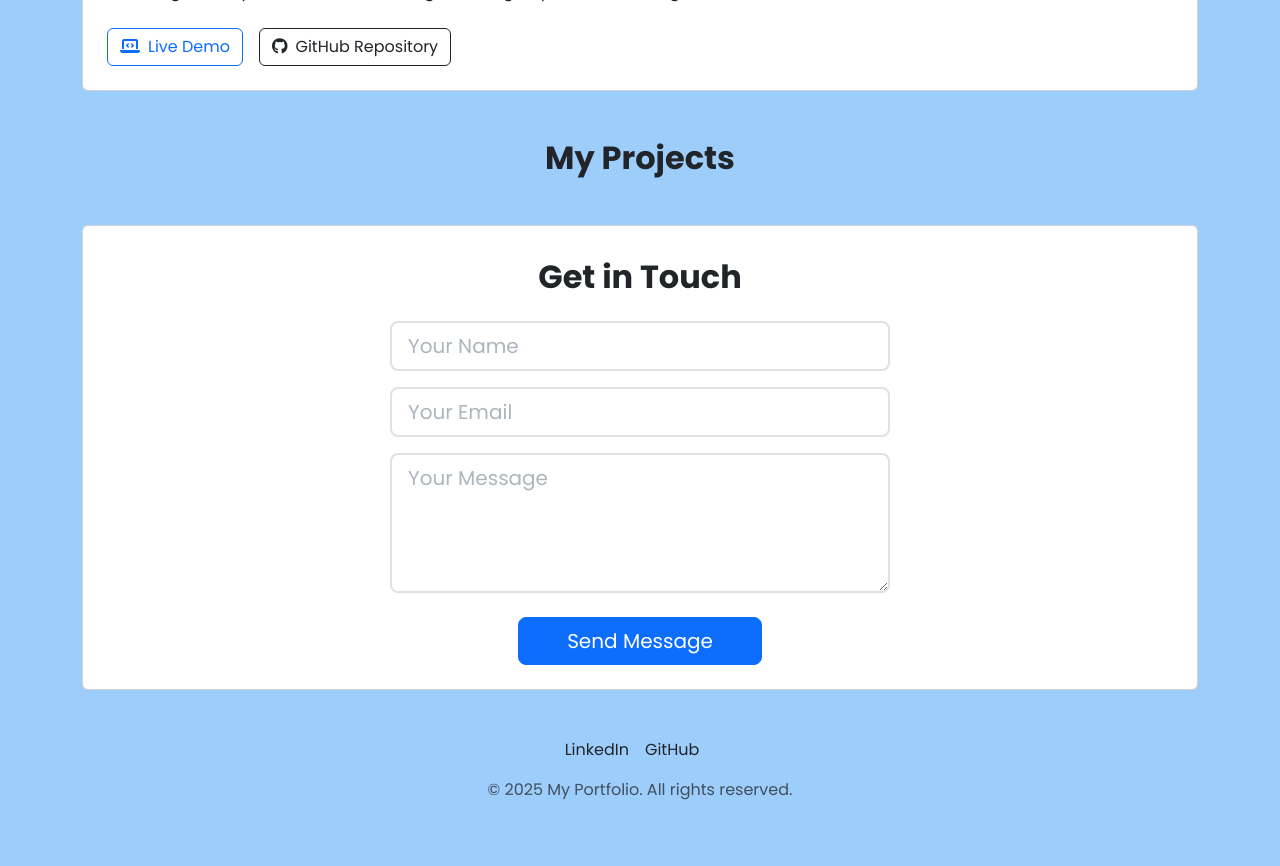
Repository: AdityaTech-Pro/Portfolio-Aditya-Verma
Page: Aditya Portfolio/index.html
The author's editor kept a copy of each file at every save. The page is drawn from the files as they stood at one save, then again after a run of saves.
The browser window is 1280 px wide. The pictures show the part of the page from y = 4182 to 5134 px (the page is 5048 px tall before and 5458 px after).

Above is the page before, as saved 2026-01-08 00:16:45.

### Aditya Portfolio/index.html
<!DOCTYPE html>
<html lang="en">

<head>
    <meta charset="UTF-8">
    <meta name="viewport" content="width=device-width, initial-scale=1.0">
    <title>My Portfolio - Bootstrap Utilities</title>
    <!-- Bootstrap CSS -->
    <link href="https://cdn.jsdelivr.net/npm/bootstrap@5.3.2/dist/css/bootstrap.min.css" rel="stylesheet">
    <!-- Font Awesome for icons -->
    <link rel="stylesheet" href="https://cdnjs.cloudflare.com/ajax/libs/font-awesome/6.4.2/css/all.min.css">
    <!-- Google Font: Poppins -->
    <link href="https://fonts.googleapis.com/css2?family=Poppins:wght@300;400;600;700&display=swap" rel="stylesheet">
    <!-- Local custom styles -->
    <link rel="stylesheet" href="styles.css">
    <style>
        /* Custom styles to complement Bootstrap */

         :root {
            --bg: #9dcdfa;
            --card-bg: #ffffff;
            --accent: #0d6efd;
            --text: #212529;
        }

        body {
            background-color: var(--bg);
            color: var(--text);
            transition: background-color 0.3s ease, color 0.3s ease;
        }

        .profile-section {
            background: linear-gradient(to bottom, #f8f9fa, #e9ecef);
            transition: transform 0.3s ease, background 0.3s ease;
        }
        /* Top bar with theme toggle */

        .topbar {
            display: flex;
            justify-content: flex-end;
            align-items: center;
            gap: 1rem;
            margin-bottom: 1rem;
        }

        .theme-toggle {
            display: inline-flex;
            align-items: center;
            gap: 0.5rem;
            background: transparent;
            border: 1px solid rgba(0, 0, 0, 0.08);
            padding: 0.6rem 1rem;
            border-radius: 999px;
            cursor: pointer;
            color: var(--text);
            transition: all 0.3s ease;
        }

        .theme-toggle:hover {
            background: rgba(0, 0, 0, 0.05);
            transform: translateY(-1px);
        }

        .theme-toggle:active {
            transform: translateY(1px);
        }

        .theme-toggle i {
            font-size: 1.1rem;
        }

        .theme-toggle .fa-sun {
            color: #ff9500;
        }

        .theme-toggle .fa-moon {
            display: none;
            color: #6366f1;
        }

        .dark-theme .theme-toggle .fa-sun {
            display: none;
        }

        .dark-theme .theme-toggle .fa-moon {
            display: inline-block;
        }

        .btn-custom {
            transition: transform 0.3s ease;
        }

        .btn-custom:hover {
            transform: translateY(-2px);
        }

        .form-control:focus {
            box-shadow: 0 0 0 0.25rem rgba(13, 110, 253, 0.2);
        }

        .profile-img {
            width: 200px;
            height: 200px;
            object-fit: cover;
            border: 4px solid white;
            box-shadow: 0 4px 6px rgba(0, 0, 0, 0.1);
            transition: transform 0.25s ease;
        }

        .profile-img:hover {
            transform: scale(1.03);
        }
        /* Dark theme overrides */

        body.dark-theme {
            --bg: #0f1724;
            --card-bg: #111827;
            --muted: #9ca3af;
            --accent: #60a5fa;
            --text: #e6eef8;
        }

        .dark-theme .profile-section {
            background: linear-gradient(180deg, rgba(255, 255, 255, 0.02), rgba(255, 255, 255, 0.01));
        }

        .dark-theme .bg-light {
            background-color: #0b1220 !important;
            color: var(--text) !important;
            border: 1px solid rgba(255, 255, 255, 0.04);
        }

        .dark-theme .text-muted {
            color: var(--muted) !important;
        }

        .dark-theme .theme-toggle {
            border-color: rgba(255, 255, 255, 0.1);
        }

        .dark-theme .theme-toggle:hover {
            background: rgba(255, 255, 255, 0.05);
        }
        /* Small polish */

        .max-width-500 {
            max-width: 500px;
        }

        footer a {
            color: inherit;
        }

        @media (max-width: 768px) {
            .profile-img {
                width: 150px;
                height: 150px;
            }
            .topbar {
                justify-content: center;
            }
        }
        /* Project section styles */

        .project-img {
            height: 250px;
            object-fit: cover;
            border-radius: 8px;
        }

        .project-card {
            transition: transform 0.3s ease;
            background: var(--card-bg);
        }

        .project-card:hover {
            transform: translateY(-5px);
        }

        .project-links a {
            transition: opacity 0.3s ease;
        }

        .project-links a:hover {
            opacity: 0.8;
        }

        .video-container {
            position: relative;
            padding-bottom: 56.25%;
            /* 16:9 aspect ratio */
            height: 0;
            overflow: hidden;
            border-radius: 8px;
        }

        .video-container iframe {
            position: absolute;
            top: 0;
            left: 0;
            width: 100%;
            height: 100%;
            border: 0;
        }
    </style>
</head>

<body>
    <!-- Main Container -->
    <div class="container py-5">
        <!-- Top bar: theme toggle and quick actions -->
        <div class="topbar">
            <button id="themeToggle" class="theme-toggle" aria-pressed="false" aria-label="Toggle dark mode">
                <i class="fas fa-sun" aria-hidden="true"></i>
                <i class="fas fa-moon" aria-hidden="true"></i>
                <span class="visually-hidden">Toggle theme</span>
            </button>
        </div>
        <!-- Profile Section -->
        <section class="profile-section p-5 rounded-3 text-center mb-5">
            <img src="https://avatars.githubusercontent.com/u/219658559?s=400&u=7e5a78b2bf82817b3f897e4e53b1019b24af58ee&v=4" alt="Profile Picture" class="profile-img img-fluid rounded-circle mb-4">

            <h1 class="fw-bold mb-2">Aditya Verma</h1>
            <p class="text-muted fs-5 mb-4">Full Stack Web Developer who loves turning ideas into high-performance web applications. With expertise in full-stack MERN development, APIs, and AI 🧠⚙️, I focus on building smart, scalable solutions, Have Command on DSA while solving 500+
                Problem on Leetcode and Well aware about Oop 's ,DBMS ,Computer Network, OS</p>

            <!-- Action Buttons -->
            <div class="d-flex justify-content-center gap-3 mb-5">
                <button class="btn btn-primary btn-lg btn-custom">
                    Hire Me
                </button>
                <a href="./assets/AdityaVerma_Resume.pdf" class="btn btn-outline-primary " download>
                    <i class="fas fa-download me-2"></i>Download CV
                </a>
                <a href="https://www.linkedin.com/in/9905adityaverma/" class="btn btn-outline-primary " target="_blank ">
                    <i class="fa:linkedin-square"></i>My LinkedIn
                </a>
                <a href="https://github.com/AdityaTech-Pro" class="btn btn-outline-primary " target="_blank ">
                    <i class="fab fa-github me-2 "></i>My GitHub
                </a>

            </div>
        </section>

        <!-- Projects Section -->
        <section class="mb-5">
            <h2 class="text-center fw-bold mb-5"> My Projects</h2>

            <!--Project1-->
            <div class="card project-card mb-5">
                <div class="card-body p-4">
                    <h3 class="card-title fw-bold mb-3">AI-Based-Investor-Startup-Matchmaking-Platform</h3>

                    <!-- Project Images -->
                    <div class="row g-4 mb-4">
                        <div class="col-md-4">
                            <img src="./assets/P1a.png" alt="Project Screenshot 1" class="project-img img-fluid w-100">
                        </div>
                        <div class="col-md-4">
                            <img src="./assets/P1b.png" alt="Project Screenshot 2" class="project-img img-fluid w-100">
                        </div>
                        <div class="col-md-4">
                            <img src="./assets/P1c.png" alt="Project Screenshot 3" class="project-img img-fluid w-100">
                        </div>
                    </div>

                    <!-- Project Video -->
                    <div class="video-container mb-4">
                        <iframe src="./assets/Project (AI based S&IP).mp4" title="Project Demo " allow="accelerometer; autoplay; clipboard-write; encrypted-media; gyroscope; picture-in-picture " allowfullscreen></iframe>
                    </div>

                    <!-- Project Description -->
                    <p class="card-text mb-4 ">
                        An innovative platform that uses artificial intelligence to match investors with promising startups based on various parameters including industry focus, investment stage, funding requirements, and growth metrics.
                    </p>

                    <!-- Project Links -->
                    <div class="project-links d-flex gap-3 ">
                        <a href="http://localhost:3000 " class="btn btn-outline-primary " target="_blank ">
                            <i class="fas fa-laptop-code me-2 "></i>Live Demo
                        </a>
                        <a href="https://github.com/KS-Vijay/AI-Based-Investor-Startup-Matchmaking-Platform " class="btn btn-outline-dark " target="_blank ">
                            <i class="fab fa-github me-2 "></i>GitHub Repository
                        </a>
                    </div>
                </div>
            </div>

            <!--Project2-->
            <div class="card project-card mb-5 ">
                <div class="card-body p-4 ">
                    <h3 class="card-title fw-bold mb-3 ">Lung Cancer Detection using Convolutional Neural Network (CNN)</h3>

                    <!-- Project Images -->
                    <div class="row g-4 mb-4 ">
                        <div class="col-md-4 ">
                            <img src="./assets/P2a.png " alt="Project Screenshot 1 " class="project-img img-fluid w-100 ">
                        </div>
                        <div class="col-md-4 ">
                            <img src="./assets/P2b.png " alt="Project Screenshot 2 " class="project-img img-fluid w-100 ">
                        </div>
                        <div class="col-md-4 ">
                            <img src="./assets/P2c.png " alt="Project Screenshot 3 " class="project-img img-fluid w-100 ">
                        </div>
                    </div>

                    <!-- Project Video -->
                    <div class="video-container mb-4 ">
                        <iframe src="./assets/Project Lung Cancer Detection using Full Stack MERN and AIML CNN Model.mp4 " title="Project Demo " allow="accelerometer; autoplay; clipboard-write; encrypted-media; gyroscope; picture-in-picture " allowfullscreen></iframe>
                    </div>

                    <!-- Project Description -->
                    <p class="card-text mb-4 ">
                        An innovative platform that uses artificial intelligence to match investors with promising startups based on various parameters including industry focus, investment stage, funding requirements, and growth metrics.
                    </p>

                    <!-- Project Links -->
                    <div class="project-links d-flex gap-3 ">
                        <a href="http://localhost:3000 " class="btn btn-outline-primary " target="_blank ">
                            <i class="fas fa-laptop-code me-2 "></i>Live Demo
                        </a>
                        <a href="https://github.com/AdityaTech-Pro/Lung-Cancer-Detection-using-Convolutional-Neural-Network" class="btn btn-outline-dark " target="_blank ">
                            <i class="fab fa-github me-2 "></i>GitHub Repository
                        </a>
                    </div>
                </div>
            </div>

            <!--Project3-->
            <div class="card project-card mb-5 ">
                <div class="card-body p-4 ">
                    <h3 class="card-title fw-bold mb-3 ">Braj Museum</h3>

                    <!-- Project Images -->
                    <div class="row g-4 mb-4 ">
                        <div class="col-md-4 ">
                            <img src="./assets/P3a.png " alt="Project Screenshot 1 " class="project-img img-fluid w-100 ">
                        </div>
                        <div class="col-md-4 ">
                            <img src="./assets/P3b.png " alt="Project Screenshot 2 " class="project-img img-fluid w-100 ">
                        </div>
                        <div class="col-md-4 ">
                            <img src="./assets/P3c.png " alt="Project Screenshot 3 " class="project-img img-fluid w-100 ">
                        </div>
                    </div>

                    <!-- Project Video -->
                    <div class="video-container mb-4 ">
                        <iframe src="./assets/Braj-Museum.mp4 " title="Project Demo " allow="accelerometer; autoplay; clipboard-write; encrypted-media; gyroscope; picture-in-picture " allowfullscreen></iframe>
                    </div>

                    <!-- Project Description -->
                    <p class="card-text mb-4 ">
                        An innovative platform that uses artificial intelligence to match investors with promising startups based on various parameters including industry focus, investment stage, funding requirements, and growth metrics.
                    </p>

                    <!-- Project Links -->
                    <div class="project-links d-flex gap-3 ">
                        <a href="http://localhost:3000 " class="btn btn-outline-primary " target="_blank ">
                            <i class="fas fa-laptop-code me-2 "></i>Live Demo
                        </a>
                        <a href="https://github.com/AdityaTech-Pro/Braj-Museum " class="btn btn-outline-dark " target="_blank ">
                            <i class="fab fa-github me-2 "></i>GitHub Repository
                        </a>
                    </div>
                </div>
            </div>
        </section>

        <section class="mb-5">
            <h2 class="text-center fw-bold mb-5"> My Projects</h2>
            <!--Certificate1-->
            <div class="card project-card mb-5">
                <div class="card-body p-4">
                    <h3 class="card-title


                </div>
            </div>
        </section>

        <!-- Contact Form Section -->
        <section class=" bg-light p-5 rounded-3 ">
            <h2 class="text-center fw-bold mb-4 ">Get in Touch</h2>

            <form class="max-width-500 mx-auto ">
                <div class="mb-3 ">
                    <input type="text " class="form-control form-control-lg " placeholder="Your Name " required>
                </div>

                <div class="mb-3 ">
                    <input type="email " class="form-control form-control-lg " placeholder="Your Email " required>
                </div>

                <div class="mb-4 ">
                    <textarea class="form-control form-control-lg " rows="4 " placeholder="Your Message " required></textarea>
                </div>

                <div class="text-center ">
                    <button type="submit " class="btn btn-primary btn-lg px-5 btn-custom ">
                        Send Message
                    </button>
                </div>
            </form>
        </section>

        <!-- Footer -->
        <footer class="text-center mt-5 ">
            <div class="d-flex justify-content-center gap-3 ">
                <a href="https://www.linkedin.com/in/aditya-verma-2a3915289/ " class="text-decoration-none text-dark ">LinkedIn</a>
                <a href="https://github.com/AdityaTech-Pro " class="text-decoration-none text-dark ">GitHub</a>
                <a href="# " class="text-decoration-none text-dark "></a>
            </div>
            <p class="text-muted mt-3 ">&copy; 2025 My Portfolio. All rights reserved.</p>
        </footer>
    </div>

    <!-- Theme toggle script -->
    <script>
        (function() {
            const toggle = document.getElementById('themeToggle');
            const body = document.body;
            const saved = localStorage.getItem('theme');

            if (!toggle) return;

            function applyTheme(theme) {
                if (theme === 'dark') {
                    body.classList.add('dark-theme');
                    toggle.setAttribute('aria-pressed', 'true');
                } else {
                    body.classList.remove('dark-theme');
                    toggle.setAttribute('aria-pressed', 'false');
                }
            }

            // initial theme: saved -> user preference -> light
            if (saved) {
                applyTheme(saved);
            } else if (window.matchMedia && window.matchMedia('(prefers-color-scheme: dark)').matches) {
                applyTheme('dark');
            }

            toggle.addEventListener('click', function() {
                const isDark = body.classList.toggle('dark-theme');
                localStorage.setItem('theme', isDark ? 'dark' : 'light');
                toggle.setAttribute('aria-pressed', String(isDark));
            });
        })();
    </script>

    <!-- Bootstrap JS -->
    <script src="https://cdn.jsdelivr.net/npm/bootstrap@5.3.2/dist/js/bootstrap.bundle.min.js "></script>
</body>

</html>

### Aditya Portfolio/styles.css
/* Custom styles to enhance Bootstrap */

/* Body and general styles */
body {
    font-family: 'Poppins', 'Segoe UI', system-ui, -apple-system, sans-serif;
    background-color: #ffffff;
}

/* Container max-width for larger screens */
.container {
    max-width: 1140px;
}

/* Profile section styling */
.profile-section {
    background: linear-gradient(135deg, #f8f9fa 0%, #e9ecef 100%);
    border: 1px solid rgba(0, 0, 0, 0.1);
    transition: transform 0.3s ease;
}

.profile-section:hover {
    transform: translateY(-5px);
}

/* Profile image styling */
.profile-img {
    width: 200px;
    height: 200px;
    object-fit: cover;
    border: 4px solid white;
    box-shadow: 0 4px 15px rgba(0, 0, 0, 0.1);
    transition: transform 0.3s ease;
}

.profile-img:hover {
    transform: scale(1.05);
}

/* Button enhancements */
.btn-custom {
    transition: all 0.3s ease;
    position: relative;
    overflow: hidden;
}

.btn-custom:hover {
    transform: translateY(-2px);
    box-shadow: 0 5px 15px rgba(0, 0, 0, 0.1);
}

.btn-custom:active {
    transform: translateY(0);
}

/* Form styling */
.form-control {
    border: 2px solid #dee2e6;
    transition: all 0.3s ease;
}

.form-control:focus {
    border-color: #0d6efd;
    box-shadow: 0 0 0 0.25rem rgba(13, 110, 253, 0.2);
}

.form-control::placeholder {
    color: #adb5bd;
}

/* Social links styling */
.social-links a {
    transition: color 0.3s ease, transform 0.15s ease;
    color: #0d6efd;
    font-weight: 700;
}

.social-links a:hover {
    color: #0b5ed7 !important;
    transform: translateY(-1px);
}

/* Custom animations */
@keyframes fadeInUp {
    from {
        opacity: 0;
        transform: translateY(20px);
    }
    to {
        opacity: 1;
        transform: translateY(0);
    }
}

.profile-section, .contact-form {
    animation: fadeInUp 0.5s ease-out forwards;
}

/* Form success state */
.form-control:valid {
    border-color: #198754;
}

/* Custom section styling */
.custom-section {
    border-radius: 15px;
    overflow: hidden;
}

/* Typography enhancements */
h1 {
    letter-spacing: -0.5px;
}

.tagline {
    font-size: 1.25rem;
    color: #6c757d;
}

/* Responsive adjustments */
@media (max-width: 768px) {
    .profile-img {
        width: 150px;
        height: 150px;
    }

    .btn-custom {
        width: 100%;
        margin-bottom: 0.5rem;
    }

    .profile-section {
        padding: 2rem !important;
    }
}

/* Dark mode support */
@media (prefers-color-scheme: dark) {
    body {
        background-color: #212529;
        color: #f8f9fa;
    }

    .profile-section {
        background: linear-gradient(135deg, #343a40 0%, #212529 100%);
    }

    .form-control {
        background-color: #343a40;
        border-color: #495057;
        color: #f8f9fa;
    }

    .form-control::placeholder {
        color: #6c757d;
    }

    .bg-light {
        background-color: #343a40 !important;
    }

    .text-dark {
        color: #f8f9fa !important;
    }
}

/* When user toggles dark-theme via JS */
.dark-theme .social-links a {
    color: #93c5fd;
}

.dark-theme .social-links a:hover {
    color: #60a5fa !important;
}

/* Handle anchors that also carry Bootstrap's .text-dark (which uses !important) */
.social-links a.text-dark {
    color: #0d6efd !important;
    font-weight: 700;
}

.dark-theme .social-links a.text-dark {
    color: #93c5fd !important;
}

/* Loading animation */
.page-loading {
    opacity: 0;
    animation: fadeIn 0.5s ease-out forwards;
}

@keyframes fadeIn {
    to {
        opacity: 1;
    }
}

/* Custom scrollbar */
::-webkit-scrollbar {
    width: 10px;
}

::-webkit-scrollbar-track {
    background: #f1f1f1;
}

::-webkit-scrollbar-thumb {
    background: #888;
    border-radius: 5px;
}

::-webkit-scrollbar-thumb:hover {
    background: #555;
}

After the next 2 saves:
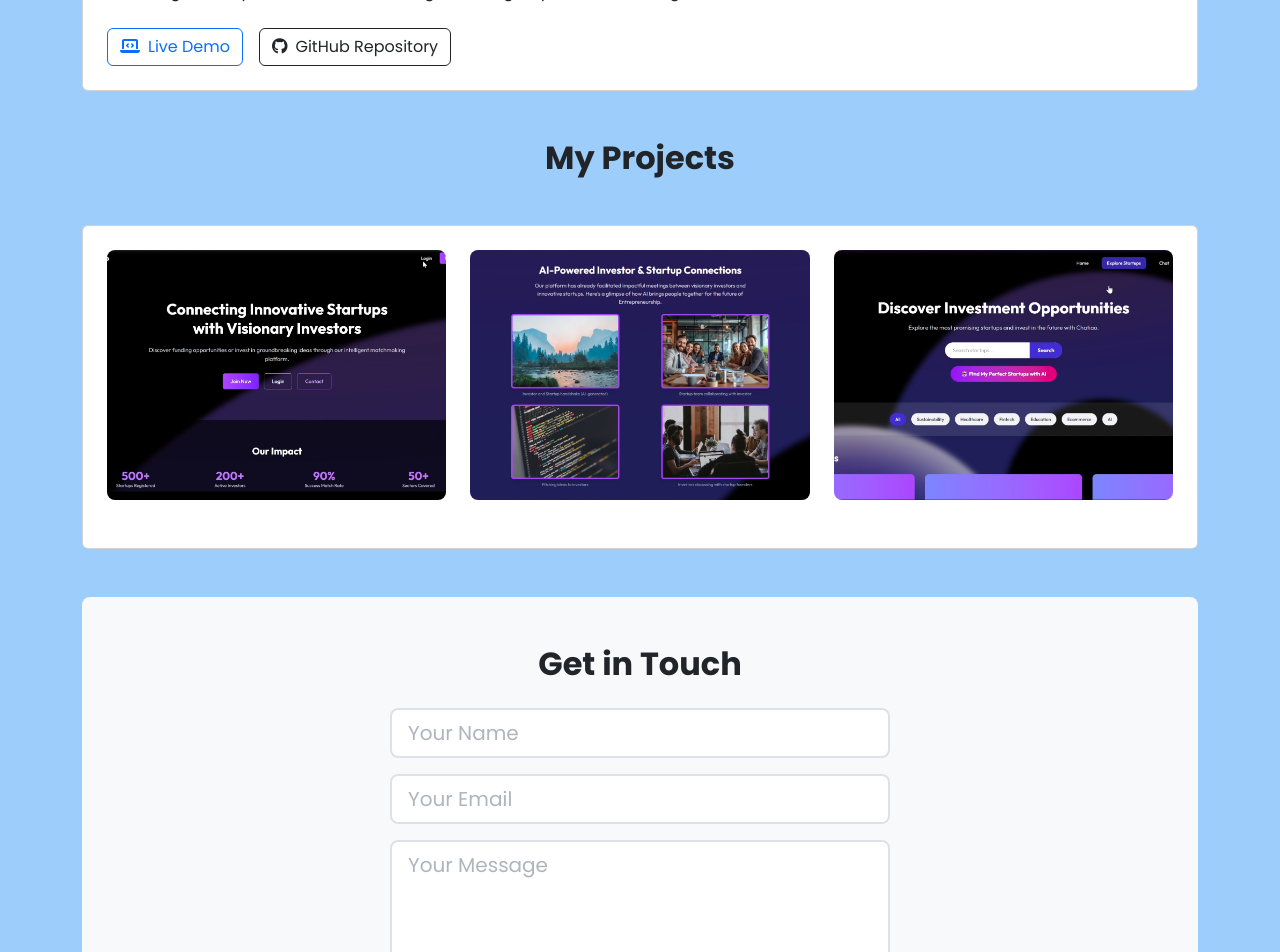
The 2 saves are shown as one change because they came seconds apart.
The last was saved 15 s later.
--- a/Aditya Portfolio/index.html
+++ b/Aditya Portfolio/index.html
@@ -372,7 +372,17 @@
             <!--Certificate1-->
             <div class="card project-card mb-5">
                 <div class="card-body p-4">
-                    <h3 class="card-title
+                    <div class="row g-4 mb-4">
+                        <div class="col-md-4">
+                            <img src="./assets/P1a.png" alt="Project Screenshot 1" class="project-img img-fluid w-100">
+                        </div>
+                        <div class="col-md-4">
+                            <img src="./assets/P1b.png" alt="Project Screenshot 2" class="project-img img-fluid w-100">
+                        </div>
+                        <div class="col-md-4">
+                            <img src="./assets/P1c.png" alt="Project Screenshot 3" class="project-img img-fluid w-100">
+                        </div>
+                    </div>
 
 
                 </div>
@@ -380,7 +390,7 @@
         </section>
 
         <!-- Contact Form Section -->
-        <section class=" bg-light p-5 rounded-3 ">
+        <section class="bg-light p-5 rounded-3 ">
             <h2 class="text-center fw-bold mb-4 ">Get in Touch</h2>
 
             <form class="max-width-500 mx-auto ">
